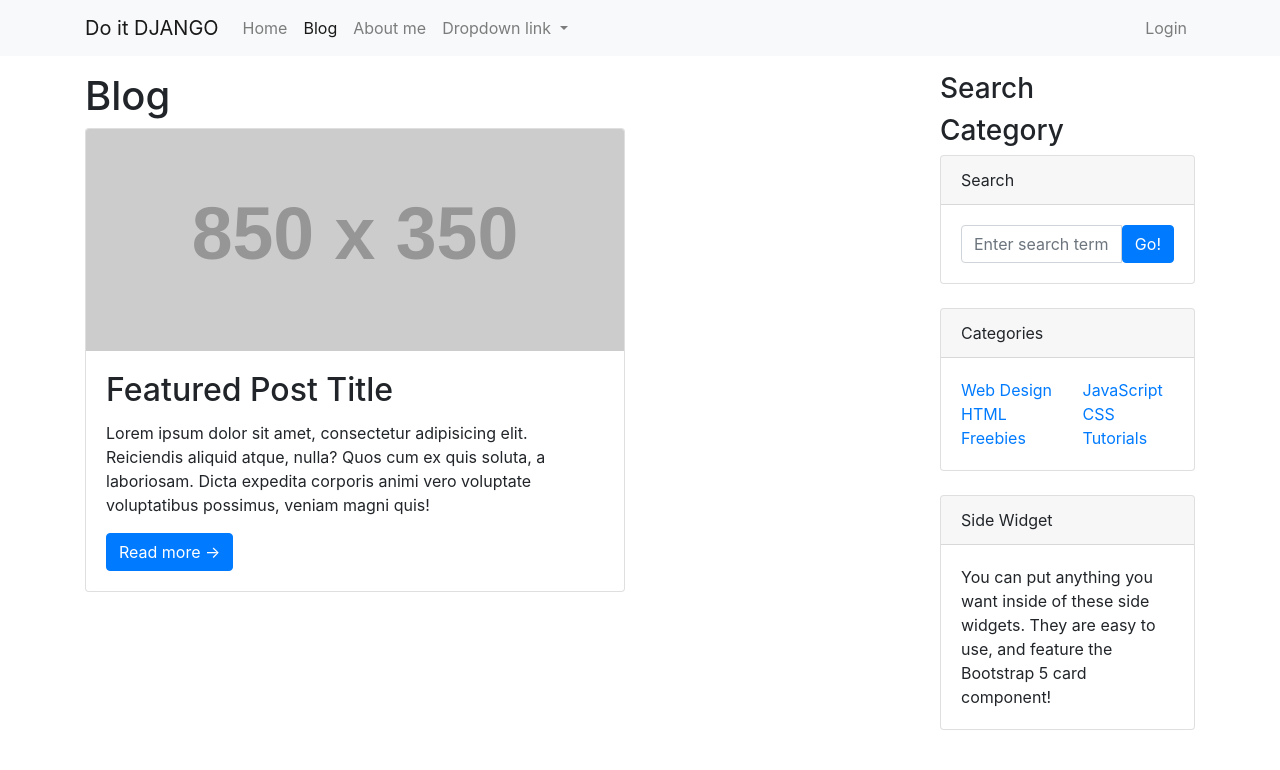
Repository: lwygold/do_it_ft
Page: blog_list.html
These files come from the project's save history. The page is drawn as it stood at one moment and after the next save; the edit follows.
The browser window is 1280 px wide. The pictures show the whole page.

Above is the page before, as saved 2021-08-11 21:25:57.

After the next save:
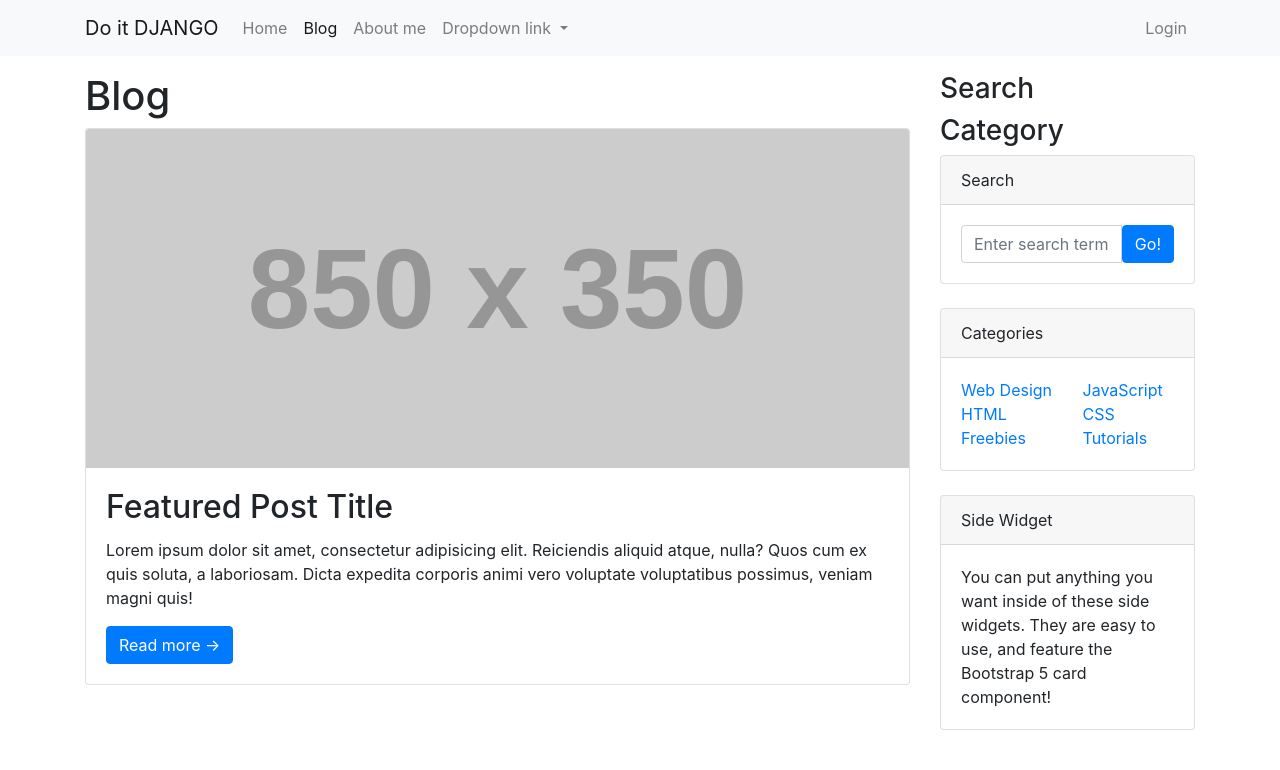
Saved 7 s later.
--- a/blog_list.html
+++ b/blog_list.html
@@ -61,7 +61,7 @@
 
                 <div class="row">
 
-                    <div class="col-lg-8">
+                    <div class="col">
                         <div class="card mb-4">
                             <a href="#!"><img class="card-img-top"
                                     src="https://dummyimage.com/850x350/dee2e6/6c757d.jpg" alt="..."></a>
